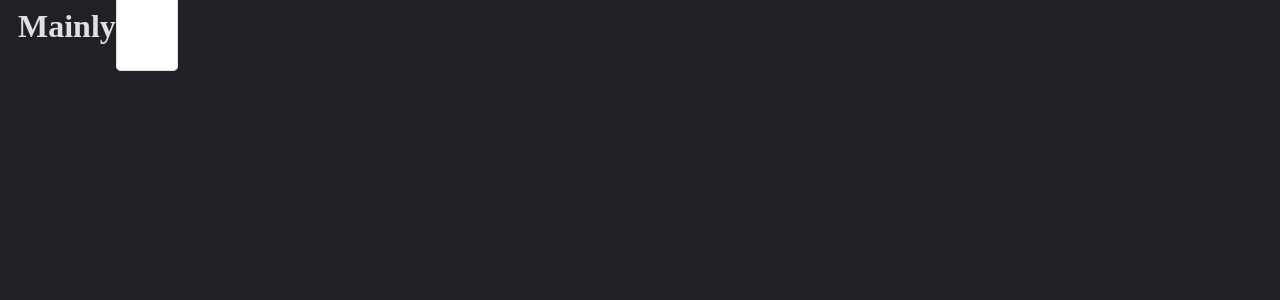
Repository: M1NARTY/WebProgramming
Page: feelLuck.html
An editor plug-in stored every save of this project. The page is shown before and after the next save, followed by the edit.
The browser window is 1280 px wide. The pictures show the whole page.

Above is the page before, as saved 2023-12-18 00:25:05.

### feelLuck.html
<!DOCTYPE html>
<html lang="ko">
    <head>
        <meta charset="UTF-8">
        <title>Mainly Dude</title>
        <link rel="stylesheet" href="feelLuck.css">
        <style>

        </style>
    </head>
    <body style="background-color:#202027">
        <div class="top">
            <h1>Mainly</h1>
            <div class="box"></div>
        </div>
    </body>
</html>

### feelLuck.css
.top h1  {
    display: inline;
    color: #dfe0e1;
    margin-left: 10px;
}

.box {
    display: inline;
    margin : 0 auto;
    padding : 30px;
    border : 1px solid #DFE1E5;
    border-radius : 5px;
    background: #FFF;
}

After the next save:
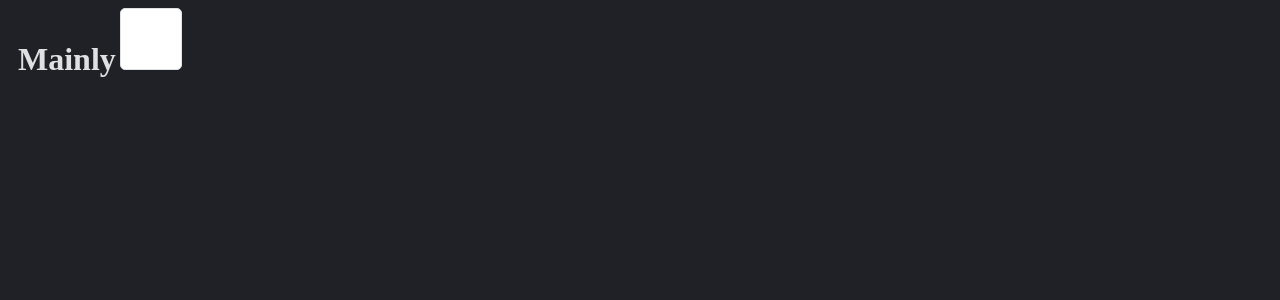
Saved 101 s later.
--- a/feelLuck.css
+++ b/feelLuck.css
@@ -1,11 +1,11 @@
 .top h1  {
-    display: inline;
+    display: inline-block;
     color: #dfe0e1;
     margin-left: 10px;
 }
 
 .box {
-    display: inline;
+    display: inline-block;
     margin : 0 auto;
     padding : 30px;
     border : 1px solid #DFE1E5;
